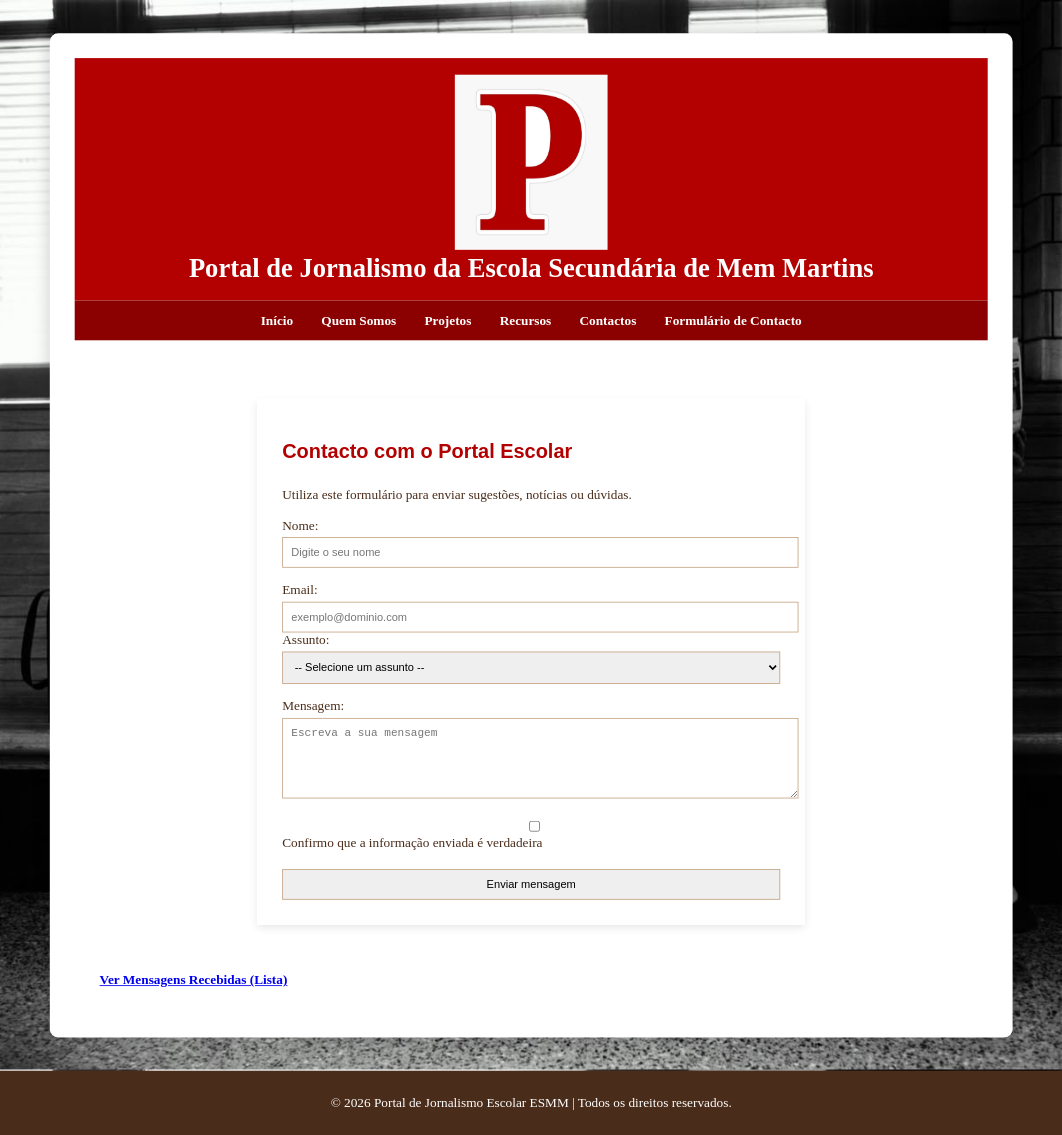
Repository: Sofiampsantos/Portal-de-Jornalismo-Escolar
Page: http://localhost/FormularioContacto/contato.jsp
These files come from the project's save history. The page is drawn as it stood at one moment and after the next save; the edit follows.
The browser window is 1280 px wide. The pictures show the whole page, at 83% of full size.
Backgrounds fixed to the window are drawn as part of the page. Some web fonts or font styles are not loaded; a fallback is used. The page is served by Tomcat 10. Other server files are loaded and not shown.

Above is the page before, as saved 2026-05-23 19:32:05.
Console error: TypeError: Cannot set properties of null (setting 'innerText')

### ProjetoProgV2/FormularioContacto/src/main/webapp/contato.jsp
<%@ page language="java" contentType="text/html; charset=UTF-8" pageEncoding="UTF-8"%>
<!DOCTYPE html>
<html>
<head>
<meta charset="UTF-8">
<title>Portal de Jornalismo Escolar - ESMM - Formulário de Contacto</title>
<link rel="stylesheet" type="text/css" href="${pageContext.request.contextPath}/styles/estilo.css">
</head>
<body style="background-image: url('${pageContext.request.contextPath}/img/jornmulheres.jpg'); background-size: cover; background-repeat: no-repeat; background-attachment: fixed; background-position: center;">

 <div class="container">

    <header id="topo">
        <img alt="Fotografia do Portal de Jornalismo Escolar"
             src="${pageContext.request.contextPath}/img/logoP.jpg" style="width: 184px; height: 211px;">
        <h1>Portal de Jornalismo da Escola Secundária de Mem Martins</h1>
    </header>

    <nav id="navegacao">
        <ul>
            <li><a href="index.html">Início</a></li>
            <li><a href="quem_somos.html">Quem Somos</a></li>
            <li><a href="projetos.html">Projetos</a></li>
            <li><a href="recursos.html">Recursos</a></li>
            <li><a href="contactos.html">Contactos</a></li>
            <li><a href="contato.jsp">Formulário de Contacto</a></li>
        </ul>
    </nav>

    <section id="conteudo">

        <form name="formulario" action="ContatoServlet" method="post" onsubmit="return validarFormulario()">

            <h2>Contacto com o Portal Escolar</h2>
            <p>Utiliza este formulário para enviar sugestões, notícias ou dúvidas.</p>

            <label>Nome:</label><br>
            <input type="text" name="nome" placeholder="Digite o seu nome" required><br><br>

            <label for="email">Email:</label>
			<input type="email" id="email" name="email" placeholder="exemplo@dominio.com" required>

            <label>Assunto:</label><br>
            <select name="assunto" required>
                <option value="">-- Selecione um assunto --</option>
                <option value="Sugestão de notícia">Sugestão de notícia</option>
                <option value="Divulgação de evento">Divulgação de evento</option>
                <option value="Correção de informação">Correção de informação</option>
                <option value="Outro">Outro</option>
            </select><br><br>

            <label>Mensagem:</label><br>
            <textarea name="mensagem" rows="5" placeholder="Escreva a sua mensagem" required></textarea><br><br>

            <input type="checkbox" name="aceitar" required>
            <label>Confirmo que a informação enviada é verdadeira</label><br><br>

            <input type="submit" value="Enviar mensagem">

        </form>

        <br>
        <a href="ListarContatosServlet" style="font-weight: bold;">Ver Mensagens Recebidas (Lista)</a>

    </section>
 </div>

 <footer id="rodape">
    <p>&copy; 2026 Portal de Jornalismo Escolar ESMM | Todos os direitos reservados.</p>
 </footer>

 <script src="${pageContext.request.contextPath}/scripts/script.js"></script>
</body>
</html>

### ProjetoProgV2/FormularioContacto/src/main/webapp/styles/estilo.css
@charset "UTF-8";
@import url('https://fonts.googleapis.com/css2?family=League+Spacer:wght@400;600;700&display=swap');


/* ===== ESTILO GERAL ===== */
body {
    margin: 0;
    padding: 0;
    font-family: "Times New Roman", Times, serif;
    color: #4a2c1a;
}

.container {
    max-width: 1100px;
    margin: 40px auto;
    background-color: white;
    padding: 30px;
    border-radius: 10px;
    box-shadow: 0 0 20px rgba(0,0,0,0.2);
}

/* ===== CABEÇALHO ===== */
#topo {
    background-color: #b30000;
    color: #ffffff;
    padding: 20px;
    text-align: center;
}

#topo h1 { margin: 0; }

/* ===== NAVEGAÇÃO ===== */
nav {
    display: flex;
    justify-content: center;
    background-color: #8B0000;
    padding: 15px 0;
}

nav ul {
    list-style: none;
    padding: 0;
    margin: 0;
}

nav ul li {
    display: inline;
    margin: 0 15px;
}

nav a {
    color: white;
    text-decoration: none;
    font-weight: bold;
}

nav a:hover {
    text-decoration: underline;
}

/* ===== CONTEÚDO E TÍTULOS ===== */
#conteudo { padding: 30px; animation: aparecer 2s ease-in; }

h2 {
    color: #b30000;
    padding-bottom: 5px;
    font-family: 'League Spartan', Arial, sans-serif;
}

p { line-height: 1.6; }

/* ===== IMAGENS ===== */
/* Imagem do logo com classe específica */
.logo { width: 184px; height: 211px; }

/* Imagens do conteúdo */
section img {
    width: 240px;
    height: auto;
    margin: 5px;
}

/* ===== TABELA ===== */
table {
    width: 90%;
    margin: 20px auto;
    border-collapse: collapse;
}

th, td {
    padding: 10px;
    border: 1px solid #4a2c1a;
    text-align: center;
}

th { background-color: #b30000; color: #ffffff; }

/* CORREÇÃO MÁXIMA: Força os links de ordenação a ficarem brancos em qualquer estado */
th a,
th a:link,
th a:visited,
th a:active {
    color: #ffffff !important;
    text-decoration: none !important;
}

th a:hover {
    text-decoration: underline !important;
    color: #ffffff !important;
}

/* ===== FORMULÁRIO ===== */
form {
    max-width: 600px;
    margin: 40px auto;
    padding: 30px;
    box-shadow: 0 4px 10px rgba(0, 0, 0, 0.1);
}

form input, form textarea, form select {
    width: 100%;
    padding: 10px;
    margin-top: 5px;
    border: 1px solid #c4a484;
}

/* ===== RODAPÉ ===== */
#rodape {
    background-color: #4a2c1a;
    color: #ffffff;
    text-align: center;
    padding: 10px;
    margin-top: 40px;
}

/* ===== ANIMAÇÕES ===== */
@keyframes aparecer {
    from { opacity: 0; }
    to { opacity: 1; }
}

.card { transition: transform 0.3s ease; }
.card:hover { transform: translateY(-5px); }


/* Remove a linha vermelha grossa de cima da pesquisa */
form, hr {
    border-top: none !important;
    border: none !important;
    display: none !important;
}

/* Garante que o formulário de pesquisa em si continue a aparecer, apenas sem a linha */
#conteudo form, .container form {
    display: block !important;
    border-top: none !important;
}

### ProjetoProgV2/FormularioContacto/src/main/webapp/scripts/script.js
function mostrarMensagem() {
	alert("Estás no Portal de Jornalismo Escolar!");
}

function confirmarPortal() {
	var resposta = confirm("Tens uma notícia ou sugestão?");
	var paragrafo = document.getElementById("resposta");

	if (paragrafo) {
		if(resposta) {
			paragrafo.innerHTML = "Obrigado por contribuir para o Portal Escolar.";
		} else {
			paragrafo.innerHTML = "Talvez noutra altura!";
		}
	} else {
		alert("Erro: element <p id= 'resposta'> não encontrado");
	}
}

function validarFormulario(){
	var nome = document.formulario.nome.value;

	if (nome == "") {
		alert("Por favor, preenche o campo Nome.")
		return false;
}
		alert("Formulário enviado com sucesso!");
		return true;
}

function pedirNome(){
	var nome = prompt("Qual é o teu nome?");

	if (nome != nul && nome != "") {
		documente.getElementById("boasvindas").innerHTML =
		"Olá, " + nome + "! Bem-vindo ao Portal Escolar.";
	}
}

document.addEventListener("DOMContentLoaded", function (){
	document.getElementById("mensagem").innerText=
	"Site carregado com sucesso!";

});

/**`
*
*/

After the next save:
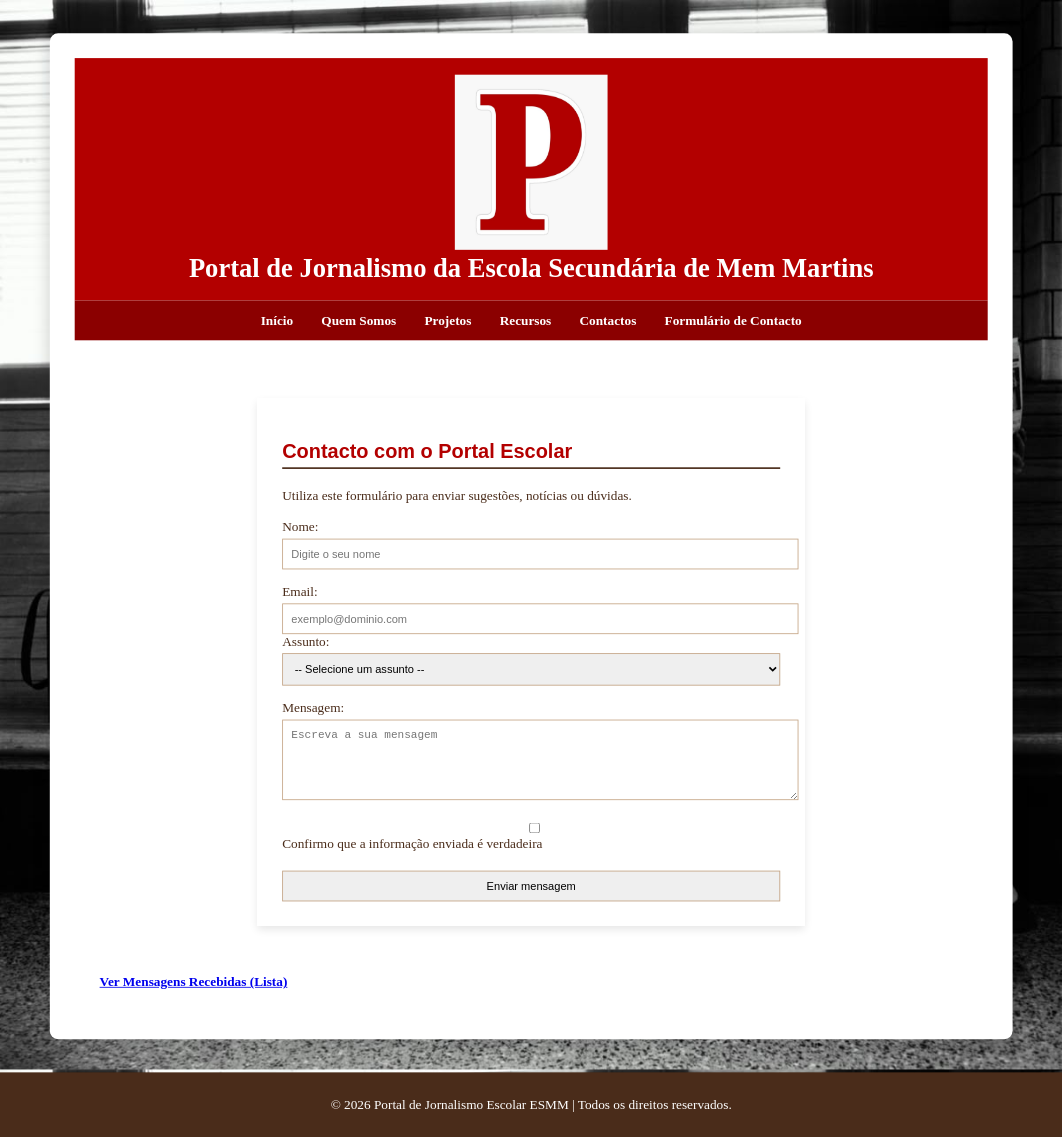
Saved 2 min 1 s later.
--- a/ProjetoProgV2/FormularioContacto/src/main/webapp/styles/estilo.css
+++ b/ProjetoProgV2/FormularioContacto/src/main/webapp/styles/estilo.css
@@ -1,5 +1,5 @@
 @charset "UTF-8";
-@import url('https://fonts.googleapis.com/css2?family=League+Spacer:wght@400;600;700&display=swap');
+@import url('https://fonts.googleapis.com/css2?family=League+Spartan:wght@400;600;700&display=swap');
 
 
 /* ===== ESTILO GERAL ===== */
@@ -63,6 +63,7 @@ nav a:hover {
 
 h2 {
     color: #b30000;
+    border-bottom: 2px solid #4a2c1a;
     padding-bottom: 5px;
     font-family: 'League Spartan', Arial, sans-serif;
 }
@@ -144,14 +145,9 @@ form input, form textarea, form select {
 
 
 /* Remove a linha vermelha grossa de cima da pesquisa */
-form, hr {
-    border-top: none !important;
-    border: none !important;
-    display: none !important;
-}
-
-/* Garante que o formulário de pesquisa em si continue a aparecer, apenas sem a linha */
-#conteudo form, .container form {
-    display: block !important;
+.container form,
+#conteudo form,
+form[action*="pesquisar"],
+form[action*="buscar"] {
     border-top: none !important;
 }
